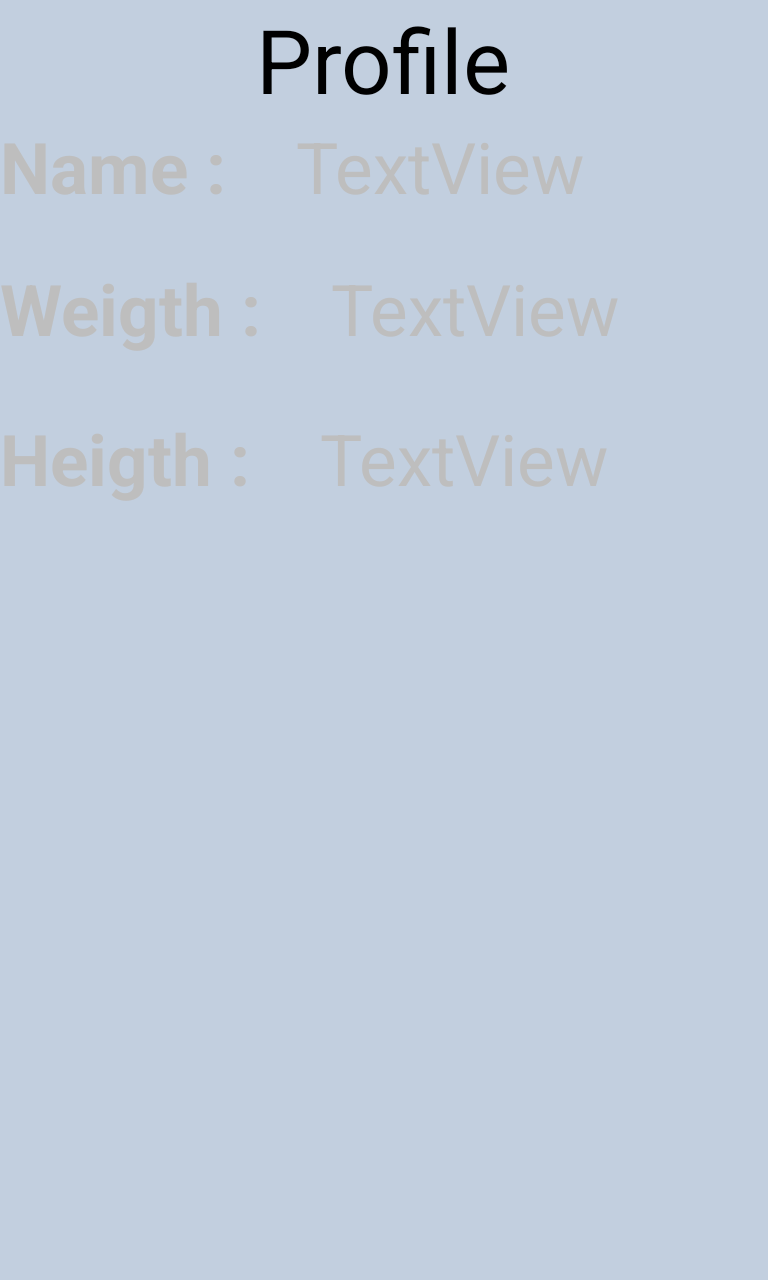
Repository: parinya1968/My-project
Layout: DroidWork/getBig/res/layout/viewprofiles.xml
These files come from the project's save history. The layout is drawn as it stood at one moment and after the next save; the edit follows.
It is drawn on a 768 x 1280 px phone screen (xhdpi) without system bars, with theme android:Theme.NoTitleBar.Fullscreen; the app's code is not run.

Above is the layout before, as saved 2012-06-21 05:13:04.

### DroidWork/getBig/res/layout/viewprofiles.xml
<?xml version="1.0" encoding="utf-8"?>
<LinearLayout xmlns:android="http://schemas.android.com/apk/res/android"
    android:layout_width="fill_parent"
    android:layout_height="fill_parent"
    android:background="#C2CFDF"
    android:orientation="vertical" >

    <TextView
        android:id="@+id/textView1"
        android:layout_width="wrap_content"
        android:layout_height="wrap_content"
        android:layout_gravity="center"
        android:text="Profile"
        android:textColor="#000000"
        android:textSize="20pt" />



    <LinearLayout
        android:layout_width="match_parent"
        android:layout_height="wrap_content"
        android:layout_weight="0.06" >

        <TextView
            android:id="@+id/textView1"
            android:layout_width="wrap_content"
            android:layout_height="wrap_content"
            android:text="Name :"
            android:textSize="16pt"
            android:textStyle="bold" />

        <TextView
            android:id="@+id/txtName"
            android:layout_width="wrap_content"
            android:layout_height="wrap_content"
            android:layout_marginLeft="35dp"
            android:text="TextView"
            android:textSize="16pt" />
    </LinearLayout>




    <LinearLayout
        android:layout_width="match_parent"
        android:layout_height="wrap_content"
        android:layout_weight="0.07" >

        <TextView
            android:id="@+id/textView2"
            android:layout_width="wrap_content"
            android:layout_height="wrap_content"
            android:text="Weigth :"
            android:textSize="16pt"
            android:textStyle="bold" />

        <TextView
            android:id="@+id/txtWeight"
            android:layout_width="wrap_content"
            android:layout_height="wrap_content"
            android:layout_marginLeft="35dp"
            android:text="TextView"
            android:textSize="16pt" />
    </LinearLayout>



    <LinearLayout
        android:layout_width="match_parent"
        android:layout_height="wrap_content"
        android:layout_weight="0.97" >

        <TextView
            android:id="@+id/textView3"
            android:layout_width="wrap_content"
            android:layout_height="wrap_content"
            android:text="Heigth :"
            android:textSize="16pt"
            android:textStyle="bold" />

        <TextView
            android:id="@+id/txtHeight"
            android:layout_width="wrap_content"
            android:layout_height="wrap_content"
            android:layout_marginLeft="35dp"
            android:text="TextView"
            android:textSize="16pt" />
    </LinearLayout>

</LinearLayout>

After the next save:
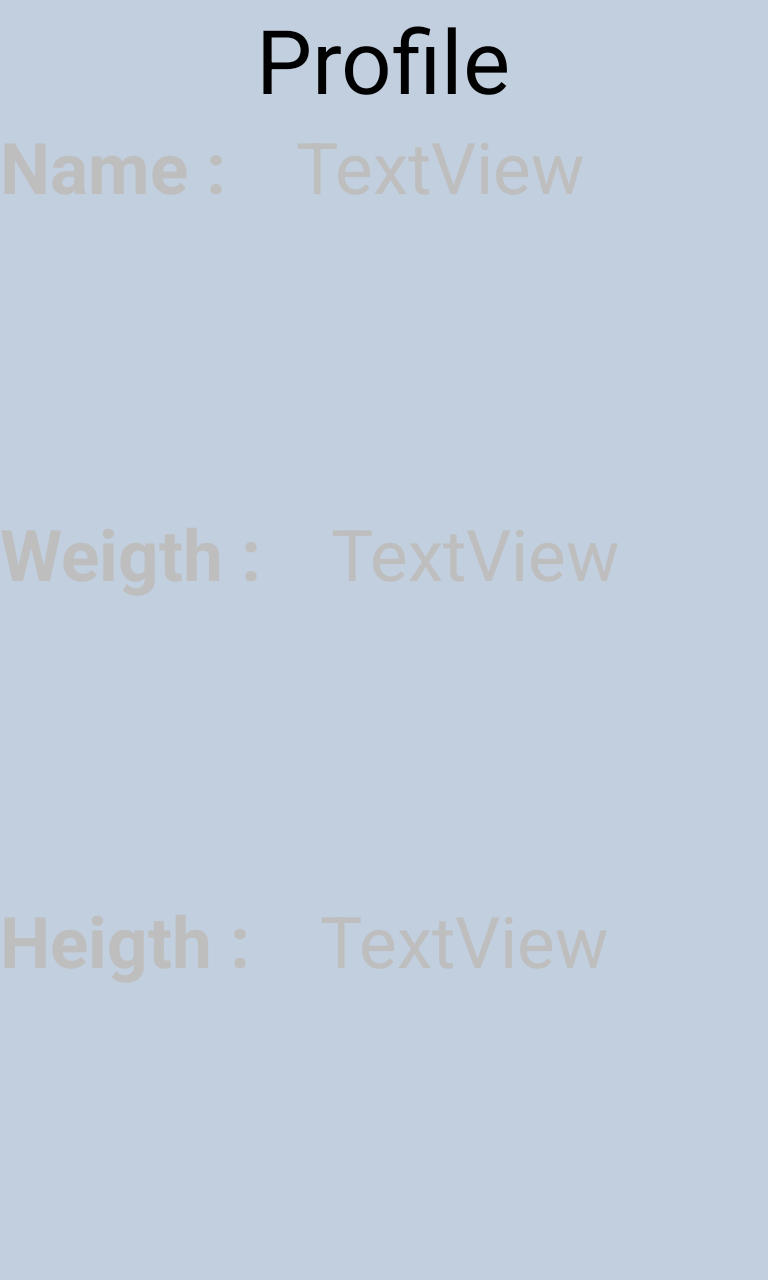
Saved 18 s later.
--- a/DroidWork/getBig/res/layout/viewprofiles.xml
+++ b/DroidWork/getBig/res/layout/viewprofiles.xml
@@ -44,7 +44,7 @@
     <LinearLayout
         android:layout_width="match_parent"
         android:layout_height="wrap_content"
-        android:layout_weight="0.07" >
+        android:layout_weight="0.06" >
 
         <TextView
             android:id="@+id/textView2"
@@ -68,7 +68,7 @@
     <LinearLayout
         android:layout_width="match_parent"
         android:layout_height="wrap_content"
-        android:layout_weight="0.97" >
+        android:layout_weight="0.06" >
 
         <TextView
             android:id="@+id/textView3"
